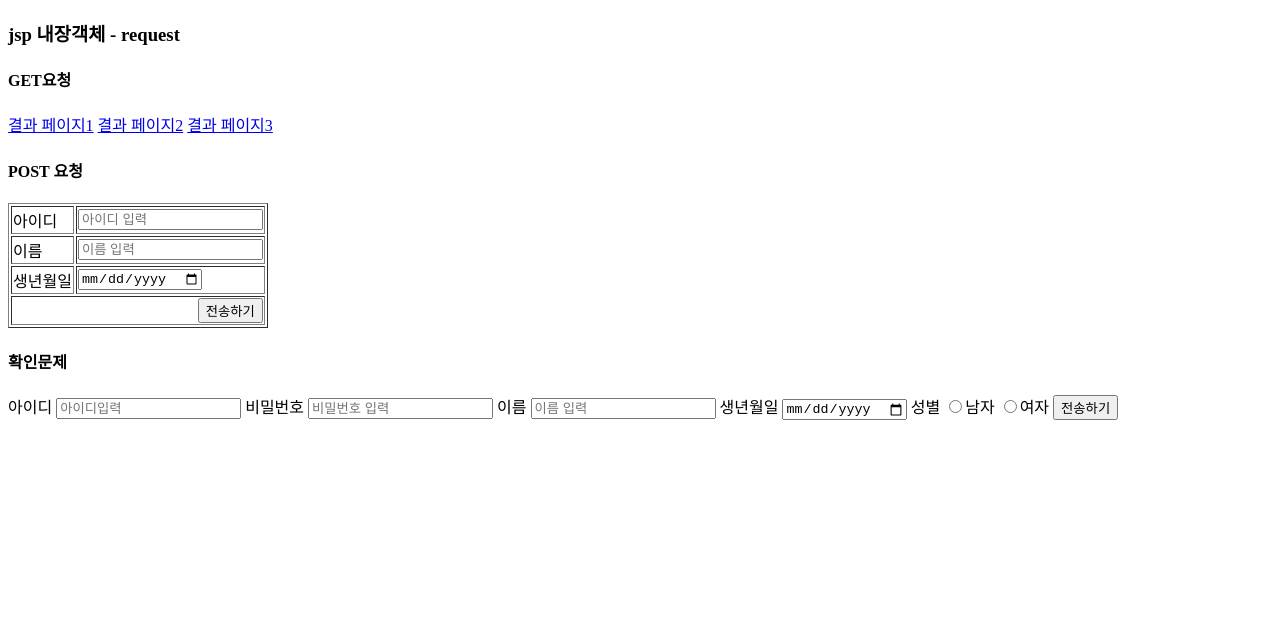
Repository: 2017112847/Jsp
Page: http://localhost/ch03/1_request.jsp
An editor plug-in stored every save of this project. The page is shown before and after the next save, followed by the edit.
The browser window is 1280 px wide. The pictures show the whole page.
The page is served by Tomcat 9.

Above is the page before, as saved 2025-07-28 05:15:37.

### ch03/src/main/webapp/1_request.jsp
<%@ page language="java" contentType="text/html; charset=UTF-8"
    pageEncoding="UTF-8"%>
<!DOCTYPE html>
<html>
<head>
<meta charset="UTF-8">
<title>jsp 내장객체 - request</title>

<%--request
	request 내장객체
	- 클라이언트의 요청 정보를 갖는 JSP 내장객체
	- 클라이언트의 전송 데이터를 수신처리하는 기능 제공

	get 요청
	- 기본 데이터 요청 방식, 전송 데이터를 쿼리스트링으로 전송(URL주소에 붙여 전송)
	- 보안에 취약하지만 post 전송 대비 빠른 전송

	post 요청
	- 데이터를 요청 객체의 body에 저장해서 전송되는 방식
	- 보안에 유리하고 대량의 데이터 전송에 적합


 --%>
</head>
<body>
<h3>jsp 내장객체 - request
</h3>
<h4>GET요청</h4>
<a href = "./proc/result1.jsp?uid=a101">결과 페이지1</a>
<a href = "./proc/result1.jsp?uid=a102&name=홍길동">결과 페이지2</a>
<a href = "./proc/result1.jsp?uid=a103&name=김유신&age=23">결과 페이지3</a>
<h4>POST 요청</h4>
<form action="./proc/result2.jsp" method="post">
<table border ="1">
		<tr>
			<td>아이디</td>
			<td><input type="text" name="uid" placeholder="아이디 입력" /></td>
		</tr>
		<tr>
			<td>이름</td>
			<td><input type="text" name="name" placeholder="이름 입력" /></td>
		</tr>
		<tr>
			<td>생년월일</td>
			<td><input type="date" name="birth"/></td>
		</tr>
		<tr>
			<td colspan= "2" align="right">
				<input type="submit"value= "전송하기" />
			</td>
		</tr>
</table>
</form>
<h4>확인문제</h4>
<from action = "./proc/result3.jsp" method = "post">
</table border = "1">
	<tr>
		<td>아이디</td>
		<td><input type = "text" name="id" placeholder = "아이디입력"/></td>
	</tr>
	<tr>
		<td>비밀번호</td>
		<td><input type = "password" name="pw" placeholder = "비밀번호 입력"/></td>
	</tr>
	<tr>
		<td>이름</td>
		<td><input type = "text" name="name" placeholder = "이름 입력"/></td>
	</tr>
	<tr>
		<td>생년월일</td>
		<td><input type = "date" name="birth"/></td>
	</tr>
	<tr>
		<td>성별</td>
		<td>
			<label><input type = "radio" name="gneder" value = "M"/>남자</label>
			<label><input type = "radio" name="gneder" value = "F"/>여자</label>
		</td>
	</tr>
	<tr>
		<td colspan = "2" align = "right">
			<input type = "submit" value = "전송하기">
		</td>
	</tr>
</table>
</from>
</body>
</html>

After the next save:
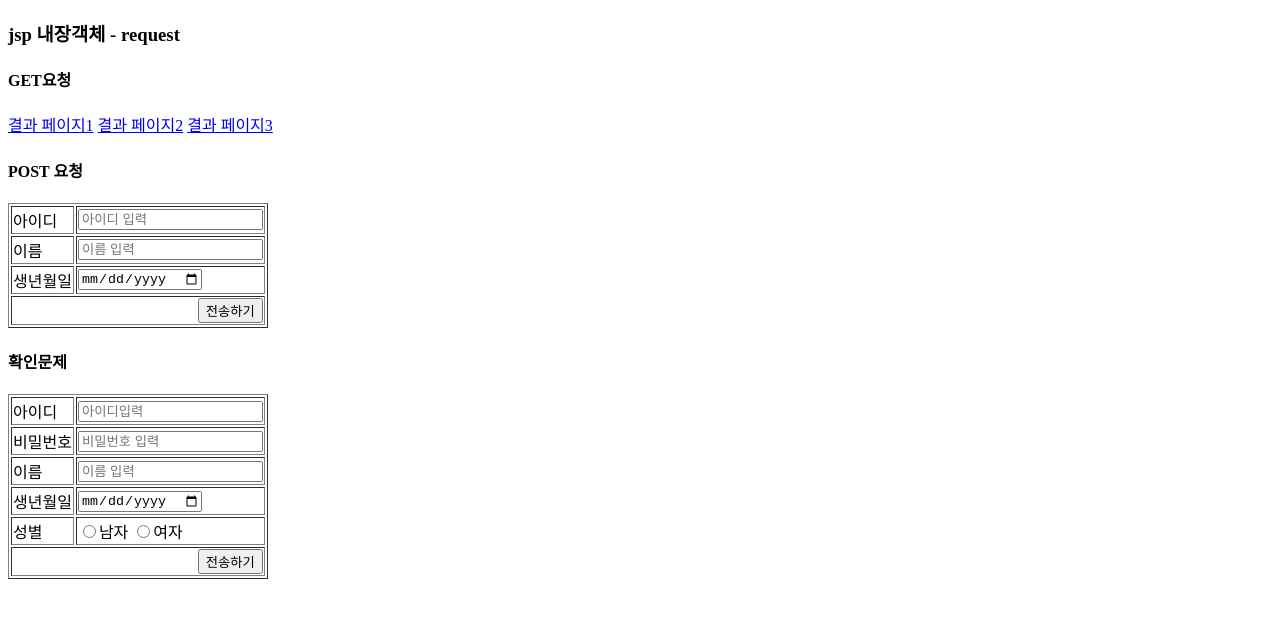
Saved 68 s later.
--- a/ch03/src/main/webapp/1_request.jsp
+++ b/ch03/src/main/webapp/1_request.jsp
@@ -53,7 +53,7 @@
 </form>
 <h4>확인문제</h4>
 <from action = "./proc/result3.jsp" method = "post">
-</table border = "1">
+<table border = "1">
 	<tr>
 		<td>아이디</td>
 		<td><input type = "text" name="id" placeholder = "아이디입력"/></td>
